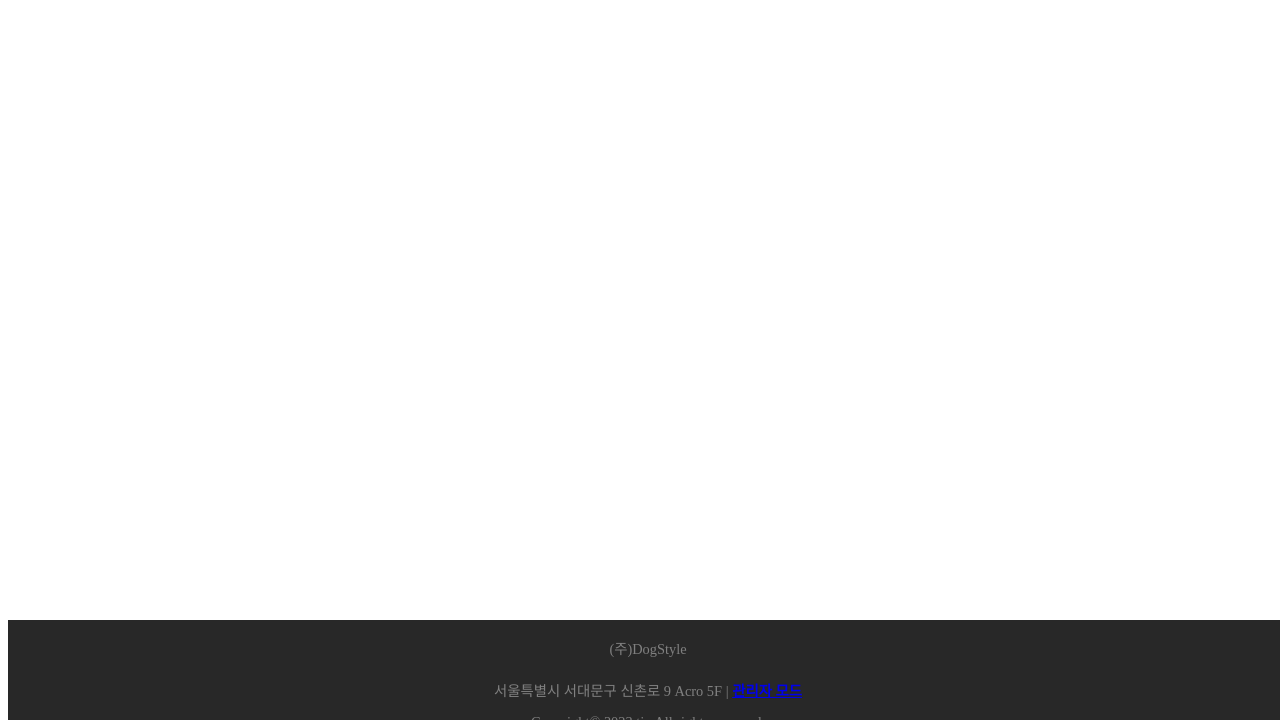
Repository: kdkk2000/Project
Page: http://localhost/petstyle/main/footer.jsp
The author's editor kept a copy of each file at every save. The page is drawn from the files as they stood at one save, then again after the next save.
The browser window is 1280 px wide. The pictures show the whole page.
The page is served by Tomcat 9.

Above is the page before, as saved 2023-03-29 05:22:02.

After the next save:
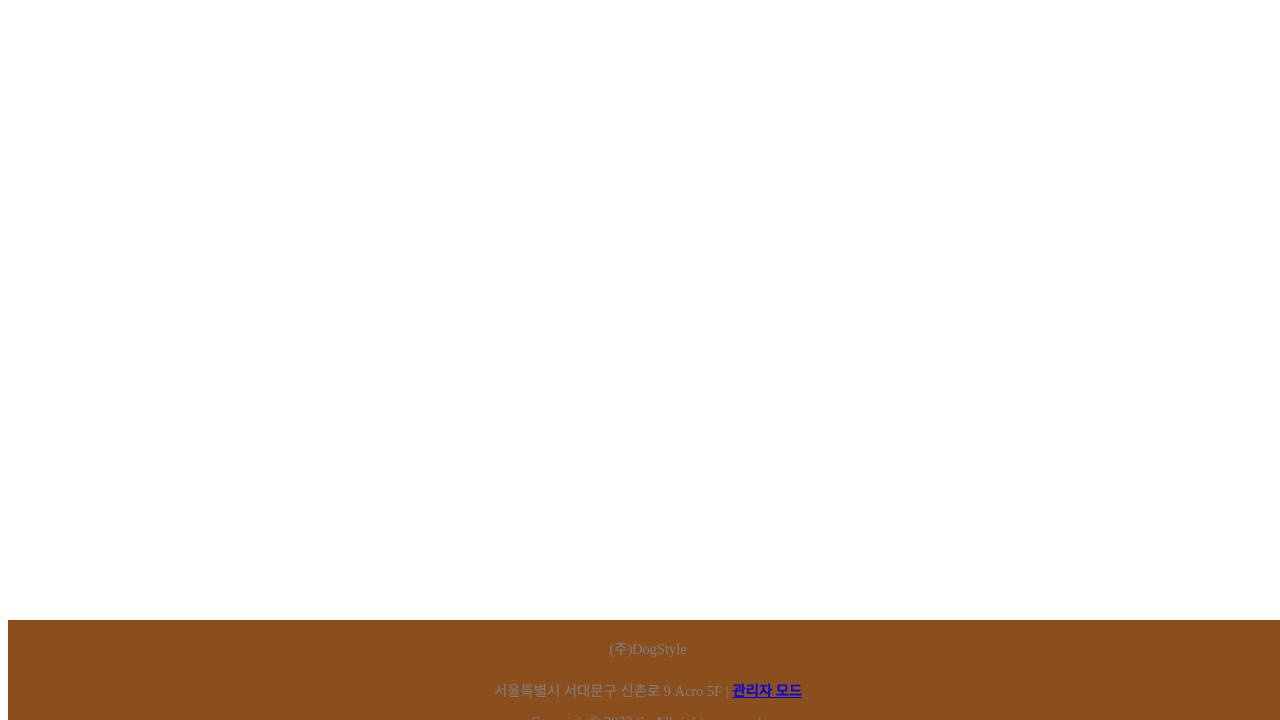
Saved 17 s later.
--- a/petstyle/WebContent/main/footer.jsp
+++ b/petstyle/WebContent/main/footer.jsp
@@ -13,7 +13,7 @@
 		position: fixed;
 		bottom: 0;
 		height: 100px;
-		background-color: #282828;
+		background-color: #8B4F1D;
 		width: 100%;
 	}
 
